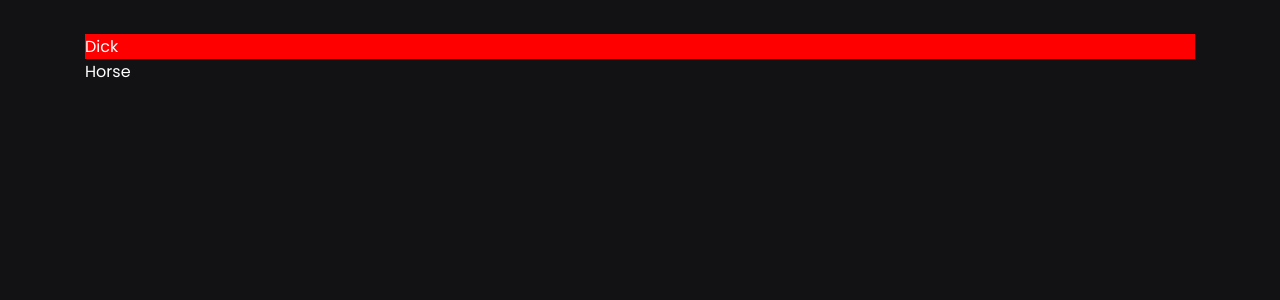
Repository: tjcages/adhoc
Page: /
These files come from the project's save history. The page is drawn as it stood at one moment and after the next save; the edit follows.
The browser window is 1280 px wide. The pictures show the whole page.
The project was rebuilt for these pictures with package versions that can differ from the ones it lists, and the page was loaded fresh each time.

Above is the page before, as saved 2021-03-11 15:34:33.

After the next save:
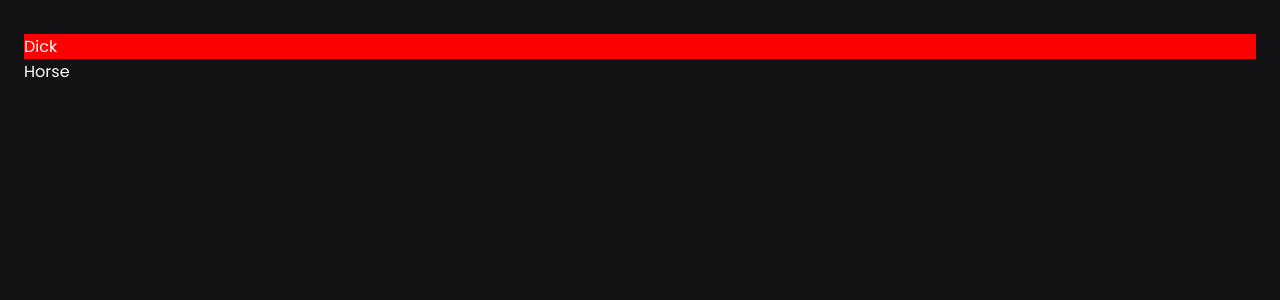
Saved 11 s later.
--- a/src/components/Layout.tsx
+++ b/src/components/Layout.tsx
@@ -2,7 +2,7 @@ import * as React from "react";
 
 export const Layout = () => {
     return (
-        <div className="container">
+        <div className="layout_container">
             <div style={{backgroundColor: 'red'}}>Dick</div>
             <div>Horse</div>
         </div>
